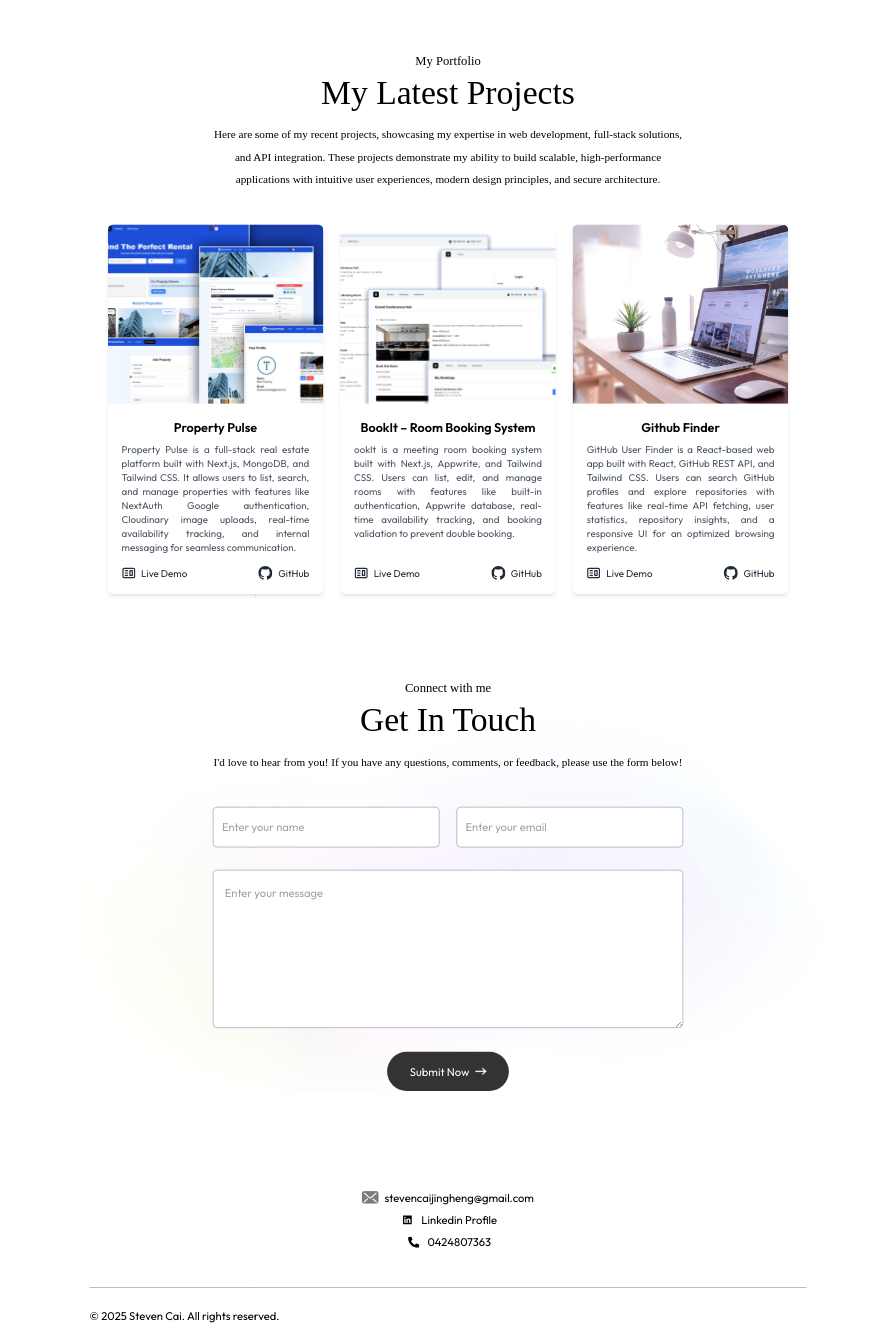
Repository: Steven4cai/profolio
Page: /
An editor plug-in stored every save of this project. The page is shown before and after the next save, followed by the edit.
The browser window is 1280 px wide. The pictures show the part of the page from y = 2321 to 4241 px (the page is 4241 px tall before and 4177 px after), at 70% of full size.
Some web fonts or font styles are not loaded; a fallback is used. The project was rebuilt for these pictures with package versions that can differ from the ones it lists, and the page was loaded fresh each time. The framework's server and built-in components were replaced by stand-ins that run in the browser. Also part of the build but not shown: next.config.mjs.

Above is the page before, as saved 2025-02-09 14:26:58.

### app/layout.js
import {Outfit,Ovo} from "next/font/google";
import "./globals.css";

const outfit = Outfit({
  subsets: ["latin"],weight:["400","500","600","700"]
});

const ovo = Ovo({
  subsets: ["latin"],weight:["400"]
});

export const metadata = {
  title: "Profolio - Steven",
  description: "",
};

export default function RootLayout({ children }) {
  return (
    <html lang="en" className="scroll-smooth ">
      <body className={`${outfit.className} ${ovo.className} antialiased leading-8 overflow-x-hidden
      dark:bg-darkTheme dark:text-white`}>
        <main>{children}</main>
      </body>
    </html>
  );
}

### app/page.js
'use client'
import About from "@/components/About";
import Header from "@/components/Header";
import Navbar from "@/components/Navbar";
import Services from "@/components/Services";
import Work from "@/components/Work";
import Contact from "@/components/Contact";
import Footer from "@/components/Footer";
import { useEffect, useState } from "react";

export default function Home() {
  const [isDark,setIsDark] = useState(false)

  useEffect(()=>{
    if(localStorage.theme === 'dark' || (!('theme' in localStorage) && window.matchMedia('(prefers-color-scheme:dark)').matches)){
      setIsDark(true)
    }else{
      setIsDark(false)
    }
  },[])

  useEffect(()=>{
    if(isDark){
      document.documentElement.classList.add('dark')
      localStorage.theme = 'dark'
    }else{
      document.documentElement.classList.remove('dark')
      localStorage.theme = ''
    }
  } ,[isDark])
  return (
    <>
    <Navbar isDark = {isDark} setIsDark = {setIsDark}/>
    <Header isDark = {isDark}/>
    <About isDark = {isDark}/>
    <Services isDark = {isDark}/>
    <Work isDark = {isDark}/>
    <Contact isDark = {isDark}/>
    <Footer isDark = {isDark}/>
    </>
  );
}

### components/About.jsx
import Image from 'next/image'
import React from 'react'
import {assets, infoList, toolsData} from '@/assets/assets'


const About = ({isDark}) => {
  return (
    <div id='about' className='w-full px-[12%] py-10 scroll-mt-20'>
      <h4 className='text-center mb-2 text-lg font-Ovo'>Introduction</h4>
      <h2 className='text-center text-5xl font-Ovo'>About Me</h2>

    <div className='flex w-full flex-col lg:flex-row items-center gap-20 my-20'>
        <div className='w-64 sm:w-80 rounded-3xl max-w-none'>
            <Image src={assets.user_image} alt='user'
            className='w-full rounded-3xl'/>
        </div>
        <div className='flex-1'>
            <p className='mb-10 max-w-2xl font-Ovo'>
            I am a web developer with a background in IT and software
         engineering. I specialize in building scalable and efficient web
          applications, focusing on clean code, performance optimization,
          and user experience. Skilled in both front-end and back-end
          technologies, I am always eager to learn and apply new solutions.
            </p>
            <ul className='grid grid-cols-1 sm:grid-cols-3 gap-6 max-w-2xl'>
                {infoList.map((info,index) => (
                    <li
                    className='border-[0.5px] border-gray-400 rounded-xl p-6
                    cursor-pointer hover:bg-lightHover hover:-translate-y-1 duration-500
                    hover:shadow-black
                    dark:border-white dark:hovr:shadow-white dark:hover:bg-darkHover/50'
                    key={index}>
                        <Image src={isDark ? info.iconDark : info.icon} alt={info.title} className='w-7 mt-3'/>
                        <h3 className='my-4 font-semiblod text-gray-700 dark:text-white'>{info.title}</h3>
                        <p className='text-gray-600 text-sm dark:text-white/80'>{info.description}</p>
                    </li>
                ))}
            </ul>

            <h4 className='my-6 text-gray-700 font-Ovo dark:text-white/80'>Tools I use</h4>


                <ul className='flex items-center gap-3 sm:gap-5'>
                    {toolsData.map((tool,index) => (
                        <li className=
                        'flex items-center justify-center w-12 sm:w-14 aspect-square border border-gray-400 rounded-lg cursor-pointer hover:-translate-y-1 duration-500'
                         key={index}>
                            <Image src={tool} alt='Tool' className='w-5 sm:w-7' />
                        </li>
                    ))}
                </ul>
        </div>
    </div>

    </div>
  )
}

export default About

### components/Header.jsx
import React from 'react'
import Image from 'next/image'
import {assets} from '@/assets/assets'

const Header = () => {
  return (
    <div className=
    'w-11/12 max-w-3xl text-center mx-auto h-screen flex flex-col items-center justify-center gap-4'>
      <div>
        <Image src={assets.profile_img} alt='' className='rounded-full w-32'/>
      </div>
      <h3 className='flex items-end gap-2 text-xl md:text-2xl mb-3 font-Ovo'>Hi! I'm Steven Cai <Image src={assets.hand_icon} alt='' className='w-6'/></h3>
        <h1 className='text-3xl sm:text-6xl lg:text-[66px] font-Ovo'>Frontend web developer based in Sydney</h1>
        <p className='max-w-2xl mx-auto font-Ovo'>
          Web developer with a strong foundation in software engineering,
           specializing in building efficient, scalable, and user-friendly
            applications.
        </p>
        <div className=
        'flex flex-col sm:flex-row items-center gap-4 mt-4'>
            <a href="#contact"
             className='px-10 py-3 border rounded-full bg-black text-white flex items-center gap-2
             dark:bg-transparent'>
                Contact me  <Image src={assets.right_arrow_white} alt='' className='w-4'/></a>
            <a href="/Steven_Cai_ITResume.pdf" download
            className='px-10 py-3 border rounded-full border-gray-500 flex items-center gap-2
            bg-white dark:text-black'
            >My resume  <Image src={assets.download_icon} alt='' className='w-4'/></a>

        </div>


    </div>
  )
}

export default Header

### components/Navbar.jsx
'use client'

import Image from 'next/image'
import React, { useEffect, useState } from 'react'
import {assets} from '@/assets/assets'

const Navbar = ({isDark,setIsDark}) => {
    const [isScroll, setIsScrool] = useState(false)

    const [isMenuOpen, setIsMenuOpen] = useState(false);

    const openMenu = () => {
        setIsMenuOpen(true);
    };

    const closeMenu = () => {
        setIsMenuOpen(false);
    };

    useEffect(()=>{
        window.addEventListener('scroll',()=>{
            if(scrollY > 50){
                setIsScrool(true)
            }else{
                setIsScrool(false)
            }
        })
    } ,[])

    return (
        <>
            <div className='fixed top-0 right-0 w-11/12 -z-10 translate-y-[-80%] dark:hidden'>
                <Image src={assets.header_bg_color} alt='' className='w-full' />
            </div>

            <nav className={`w-full fixed px-5 lg:px-8 xl:px-[8%] py-4 flex
                items-center justify-between z-50 ${isScroll
                ? 'bg-white bg-opacity-50 backdrop-blur-lg shadow-sm dark:bg-darkTheme dark:shadow-white/20'
                : ''}`}>
                <a href="#top">
                    <Image alt='logo' className='w-28 cursor-pointer mr-14 bg-white rounded-full' src={assets.logo} />
                </a>

                <ul className={`hidden md:flex items-center gap-6
                    lg:gap-8 rounded-full px-12 py-3
                    ${isScroll ?'' : 'bg-white shadow-sm bg-opacity-50 dark:border dark:border-white/50 dark:bg-transparent'}`}>
                    <li><a className='font-Ovo' href="#top">Home</a></li>
                    <li><a className='font-Ovo' href="#about">About me</a></li>
                    <li><a className='font-Ovo' href="#services">Services</a></li>
                    <li><a className='font-Ovo' href="#work">My Work</a></li>
                    <li><a className='font-Ovo' href="#contact">Contact me</a></li>
                </ul>

                <div className='flex items-center gap-4'>

                    <button onClick={() => setIsDark(prev => !prev)}>
                        <Image src={isDark ? assets.sun_icon : assets.moon_icon} alt='' className='w-6' />
                    </button>

                    <a href='/contact' className='hidden lg:flex items-center gap-3 px-10 py-2.5
                    border border-gray-500 rounded-full ml-4 font-Ovo
                    dark:border-white/50'>
                        Contact <Image className='w-3' src={isDark ?assets.arrow_icon_dark :assets.arrow_icon} alt='arrowicon' />
                    </a>

                    {/* Menu Button for Mobile */}
                    <button className='block md:hidden ml-3' onClick={openMenu}>
                        <Image src={isDark ?assets.menu_white :assets.menu_black} alt='' className='w-6' />
                    </button>
                </div>

                {/* Mobile Menu */}
                <ul className={`flex flex-col gap-4 py-20 px-10
                fixed -right-0 top-0 bottom-0 w-64 z-50 h-screen bg-rose-50
                transition duration-500' dark:bg-darkHover dark:text-white
                ${isMenuOpen ? 'translate-x-0' : 'translate-x-[16rem]'} md:hidden`}>
                    {/* Close Button */}
                    <div className='absolute right-6 top-6' onClick={closeMenu}>
                        <Image src={isDark ?assets.close_white :assets.close_black} alt='' className='w-5 cursor-pointer' />
                    </div>

                    <li><a onClick={closeMenu} className='font-Ovo' href="#top">Home</a></li>
                    <li><a onClick={closeMenu} className='font-Ovo' href="#about">About me</a></li>
                    <li><a onClick={closeMenu} className='font-Ovo' href="#services">Services</a></li>
                    <li><a onClick={closeMenu} className='font-Ovo' href="#work">My Work</a></li>
                    <li><a onClick={closeMenu} className='font-Ovo' href="#contact">Contact me</a></li>
                </ul>
            </nav>
        </>
    )
}

export default Navbar;

### components/Services.jsx
import React from "react";
import { TbWorld } from "react-icons/tb";
import { RiStackFill } from "react-icons/ri";
import { AiOutlineApi } from "react-icons/ai";
import { MdSecurity } from "react-icons/md";

export const serviceData = [
  { icon: <TbWorld className="text-4xl text-gray-700 dark:text-white" />, title: 'Frontend Development', description: 'Building modern, responsive, and interactive web applications using React.js, Next.js, and Tailwind CSS to ensure seamless user experience.', link: '' },
  { icon: <RiStackFill className="text-4xl text-gray-700 dark:text-white" />, title: 'Full-Stack Development', description: 'Developing scalable web applications with Next.js, Appwrite, MongoDB, and Firebase, handling both frontend and backend efficiently.', link: '' },
  { icon: <AiOutlineApi className="text-4xl text-gray-700 dark:text-white" />, title: 'API Development & Integration', description: 'Creating and integrating RESTful APIs to enable smooth data communication between systems, ensuring high performance and security.', link: '' },
  { icon: <MdSecurity className="text-4xl text-gray-700 dark:text-white" />, title: 'Authentication & Security', description: 'Implementing secure authentication using NextAuth.js, OAuth, JWT, and Firebase Auth, ensuring data protection and user privacy.', link: '' },
];

const Services = () => {
  return (
    <div id='services' className='w-full px-[12%] py-10 scroll-mt-20'>
      <h4 className='text-center mb-2 text-lg font-Ovo'>What I offer</h4>
      <h2 className='text-center text-5xl font-Ovo'>My Services</h2>

      <p className='text-center max-w-2xl mx-auto mt-5 mb-12 font-Ovo'>
        I design and develop modern, high-performance web applications with
        a focus on efficiency, scalability, and seamless user experience. Whether
        it’s front-end UI/UX, full-stack solutions, or API integrations,
        I build robust and maintainable systems tailored to business needs.
      </p>

      <div className='grid grid-cols-1 sm:grid-cols-2 md:grid-cols-4 gap-6 my-10'>
        {serviceData.map(({ icon, title, description, link }, index) => (
          <div
            className='border border-gray-400 rounded-lg px-8 py-10 flex flex-col items-center text-center
              hover:shadow-black cursor-pointer hover:bg-lightHover hover:-translate-y-1 duration-500
              dark:hover:bg-darkHover dark:hover:shadow-white'
            key={index}
          >
            {icon}
            <h3 className='text-lg my-4 text-gray-700 dark:text-white'>{title}</h3>
            <p className='text-sm text-gray-600 leading-5 dark:text-white/80'>{description}</p>
          </div>
        ))}
      </div>
    </div>
  );
};

export default Services;

### components/Work.jsx
import { assets, workData } from '@/assets/assets';
import React from 'react';
import Image from 'next/image';
import Link from 'next/link';
import { BsGithub } from 'react-icons/bs';
import { CgWebsite } from 'react-icons/cg';

const Work = ({ isDark }) => {
  return (
    <div id="work" className="w-full px-[12%] py-10 scroll-mt-20">
      <h4 className="text-center mb-2 text-lg font-Ovo">My Portfolio</h4>
      <h2 className="text-center text-5xl font-Ovo">My Latest Projects</h2>

      <p className="text-center max-w-2xl mx-auto mt-5 mb-12 font-Ovo">
      Here are some of my recent projects, showcasing my expertise in web
       development, full-stack solutions, and API integration. These projects
        demonstrate my ability to build scalable, high-performance applications
         with intuitive user experiences, modern design principles, and secure
         architecture.
      </p>

      <div className="grid grid-cols-1 sm:grid-cols-2 md:grid-cols-3 gap-6 my-10">
  {workData.map((work, index) => (
    <div
      key={index}
      className="flex flex-col bg-white dark:bg-gray-900 rounded-lg shadow-md overflow-hidden group cursor-pointer"
    >
      {/* 背景图片部分 */}
      <div
        className="h-64 bg-cover bg-center transition-transform duration-500 group-hover:scale-105"
        style={{ backgroundImage: `url(${work.bgImage})` }}
      ></div>

      {/* 文字部分 */}
      <div
        className="p-5 w-full flex flex-col flex-grow transition-all duration-500 group-hover:-translate-y-2"
      >
        <h2 className="font-semibold text-lg dark:text-white text-center">
          {work.title}
        </h2>
        <p className="text-sm text-gray-600 dark:text-gray-300 mt-2 text-justify flex-grow">
          {work.description}
        </p>

        {/* 按钮部分 */}
        <div className="mt-4 flex justify-between items-center">
          <Link
            href={work.website}
            target="_blank"
            className="flex items-center gap-2 text-sm text-gray-800 dark:text-white hover:text-blue-500 transition-colors"
          >
            <CgWebsite className="text-xl" /> Live Demo
          </Link>

          <Link
            href={work.github}
            target="_blank"
            className="flex items-center gap-2 text-sm text-gray-800 dark:text-white hover:text-gray-600 transition-colors"
          >
            <BsGithub className="text-xl" /> GitHub
          </Link>
        </div>
      </div>
    </div>
  ))}
</div>

    </div>
  );
};

export default Work;

### components/Contact.jsx
'use client'
import { assets } from '@/assets/assets'
import React,{ useState } from 'react'
import Image from 'next/image'
const Contact = () => {

    const [result, setResult] = React.useState("");

  const onSubmit = async (event) => {
    event.preventDefault();
    setResult("Sending....");
    const formData = new FormData(event.target);

    formData.append("access_key", "d1d257f8-3b83-45d6-8d1c-4f4ca340e588");

    const response = await fetch("https://api.web3forms.com/submit", {
      method: "POST",
      body: formData
    });

    const data = await response.json();

    if (data.success) {
      setResult("Form Submitted Successfully");
      event.target.reset();
    } else {
      console.log("Error", data);
      setResult(data.message);
    }
  };


  return (
    <div id='contact' className='w-full px-[12%] py-10 scroll-mt-20 bg-[url("/footer-bg-color.png")] bg-no-repeat
    bg-center bg-[length:90%_auto] dark:bg-none'>
        <h4 className='text-center mb-2 text-lg font-Ovo'>Connect with me</h4>
        <h2 className='text-center text-5xl font-Ovo'>Get In Touch</h2>

        <p className='text-center max-w-2xl mx-auto mt-5 mb-12 font-Ovo'>
       I'd love to hear from you! If you have any questions, comments, or feedback, please use the form below!
        </p>

        <form onSubmit={onSubmit} className='max-w-2xl mx-auto'>
            <div className='grid grid-cols-auto gap-6 mt-10 mb-8'>
                <input
                className='flex-1 p-3 outline-none border-[0.5px] border-gray-400 rounded-md bg-white
                dark:bg-darkHover/30 dark:border-white/90'
                type="text" placeholder='Enter your name' required name="name" />
                <input
                className='flex-1 p-3 outline-none border-[0.5px] border-gray-400 rounded-md bg-white
                dark:bg-darkHover/30 dark:border-white/90'
                type="email" placeholder='Enter your email' required name="email" />
            </div>
            <textarea
            className='w-full p-4 outline-none border-[0.5px] border-gray-400 rounded-md bg-white mb-6
            dark:bg-darkHover/30 dark:border-white/90'
            rows={6} placeholder='Enter your message'  name="message" required></textarea>
            <button
            className='py-3 px-8 w-max flex items-center justify-between gap-2 bg-black/80 text-white rounded-full
            mx-auto hover:bg-black duration-500 dark:bg-transparent dark:border-[0.5px] dark:hover:bg-darkHover'
            type='submit'>
                Submit Now <Image src={assets.right_arrow_white} alt='' className='w-4'/>
            </button>

            <p className='mt-4'>{result}</p>
        </form>
    </div>
  )
}

export default Contact

### components/Footer.jsx
import Image from 'next/image'
import React from 'react'
import { assets } from '@/assets/assets'
import { FaPhoneAlt } from "react-icons/fa";
import Link from 'next/link';

import { AiFillLinkedin } from "react-icons/ai";



const Footer = ({isDark}) => {
    const currentYear = new Date().getFullYear();

  return (
    <div className='mt-20'>
      <div className='text-center'>
        <div className='flex w-max items-center gap-2 mx-auto'>
            <Image src={isDark ?assets.mail_icon_dark : assets.mail_icon} alt='' className='w-6'/>
            stevencaijingheng@gmail.com
        </div>
        <Link href={'www.linkedin.com/in//stevencai1'}>
        <div className='flex w-max items-center gap-2 mx-auto'>

            <AiFillLinkedin className='w-6'/>
            Linkedin Profile

        </div>
        </Link>

        <div className='flex w-max items-center gap-2 mx-auto'>
            <FaPhoneAlt className='w-6'/>
            0424807363
        </div>
      </div>
      <div className=
      'text-center sm:flex items-center justify-between border-t border-gray-400 mx-[10%] mt-12 py-6'>
        <p>
            &copy; {currentYear} Steven Cai. All rights reserved.
        </p>

      </div>
    </div>
  )
}

export default Footer

### tailwind.config.mjs
/** @type {import('tailwindcss').Config} */
export default {
  content: [
    "./pages/**/*.{js,ts,jsx,tsx,mdx}",
    "./components/**/*.{js,ts,jsx,tsx,mdx}",
    "./app/**/*.{js,ts,jsx,tsx,mdx}",
  ],
  theme: {
    extend: {
      colors: {
        lightHover: '#fcf4ff',
        darkHover: '#2a004a',
        darkTheme: '#11001F'
      },
      fontFamily:{
        Outfit:["Outfit", "sans-serif"],
        Ovo: ["Ovo", "serif"]
      },
      boxShadow:{
        'black': '4px 4px 0 #000',
        'white': '4px 4px 0 #fff',
      },
      gridTemplateColumns:{
        'auto':'repeat(auto-fit,minmax(200px,1fr))'
      }
    },
  },
  darkMode: 'selector',
  plugins: [],
};

Loaded but not shown: app/globals.css (common file); assets/assets.js (123 lines, source omitted)

After the next save:
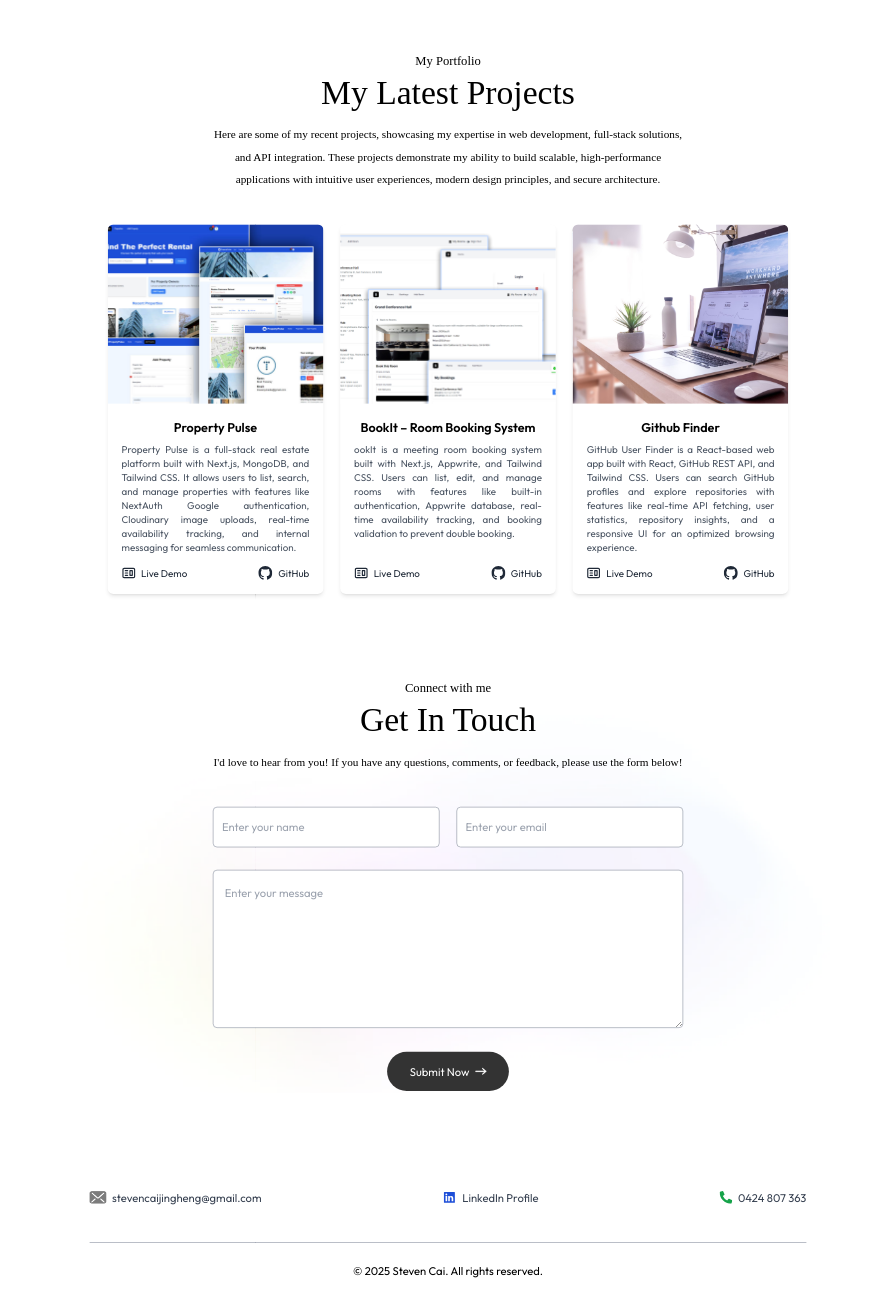
Saved 30 s later.
--- a/components/Footer.jsx
+++ b/components/Footer.jsx
@@ -3,44 +3,43 @@ import React from 'react'
 import { assets } from '@/assets/assets'
 import { FaPhoneAlt } from "react-icons/fa";
 import Link from 'next/link';
-
 import { AiFillLinkedin } from "react-icons/ai";
 
-
-
-const Footer = ({isDark}) => {
-    const currentYear = new Date().getFullYear();
+const Footer = ({ isDark }) => {
+  const currentYear = new Date().getFullYear();
 
   return (
     <div className='mt-20'>
-      <div className='text-center'>
-        <div className='flex w-max items-center gap-2 mx-auto'>
-            <Image src={isDark ?assets.mail_icon_dark : assets.mail_icon} alt='' className='w-6'/>
-            stevencaijingheng@gmail.com
+      {/* 横向排列的社交信息 */}
+      <div className='flex flex-wrap justify-center sm:justify-between items-center mx-[10%] text-center sm:text-left gap-6'>
+
+        {/* 邮件 */}
+        <div className='flex items-center gap-2'>
+          <Image src={isDark ? assets.mail_icon_dark : assets.mail_icon} alt='mail' className='w-6' />
+          <span className="text-gray-700 dark:text-white">stevencaijingheng@gmail.com</span>
         </div>
-        <Link href={'www.linkedin.com/in//stevencai1'}>
-        <div className='flex w-max items-center gap-2 mx-auto'>
 
-            <AiFillLinkedin className='w-6'/>
-            Linkedin Profile
-
-        </div>
+        {/* LinkedIn */}
+        <Link href="https://www.linkedin.com/in/stevencai1" target="_blank" rel="noopener noreferrer">
+          <div className='flex items-center gap-2 cursor-pointer hover:text-blue-500 transition'>
+            <AiFillLinkedin className='text-blue-700 dark:text-blue-400 text-xl' />
+            <span className="text-gray-700 dark:text-white">LinkedIn Profile</span>
+          </div>
         </Link>
 
-        <div className='flex w-max items-center gap-2 mx-auto'>
-            <FaPhoneAlt className='w-6'/>
-            0424807363
+        {/* 电话 */}
+        <div className='flex items-center gap-2'>
+          <FaPhoneAlt className='text-green-600 text-lg' />
+          <span className="text-gray-700 dark:text-white">0424 807 363</span>
         </div>
       </div>
-      <div className=
-      'text-center sm:flex items-center justify-between border-t border-gray-400 mx-[10%] mt-12 py-6'>
-        <p>
-            &copy; {currentYear} Steven Cai. All rights reserved.
-        </p>
 
+      {/* 底部版权信息 */}
+      <div className='text-center border-t border-gray-400 mx-[10%] mt-12 py-6'>
+        <p>&copy; {currentYear} Steven Cai. All rights reserved.</p>
       </div>
     </div>
   )
 }
 
-export default Footer
+export default Footer;
